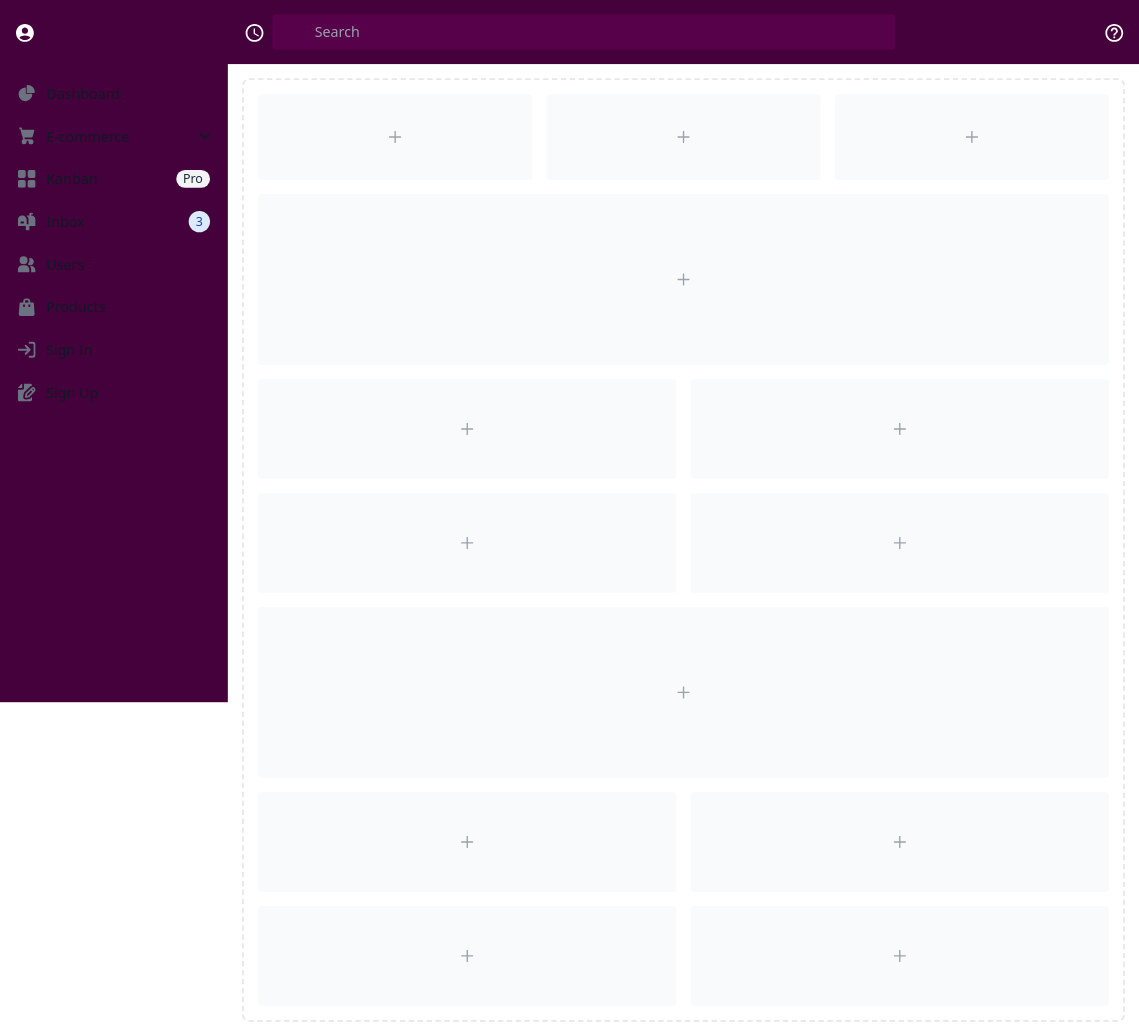
Repository: Shamraiz761/Slack_clone
Page: /
These files come from the project's save history. The page is drawn as it stood at one moment and after a run of saves; the edit follows.
The browser window is 1280 px wide. The pictures show the whole page, at 89% of full size.
The project was rebuilt for these pictures with package versions that can differ from the ones it lists, and the page was loaded fresh each time. Also part of the build but not shown: vite.config.js.

Above is the page before, as saved 2024-01-14 18:50:23.

After the next 6 saves:
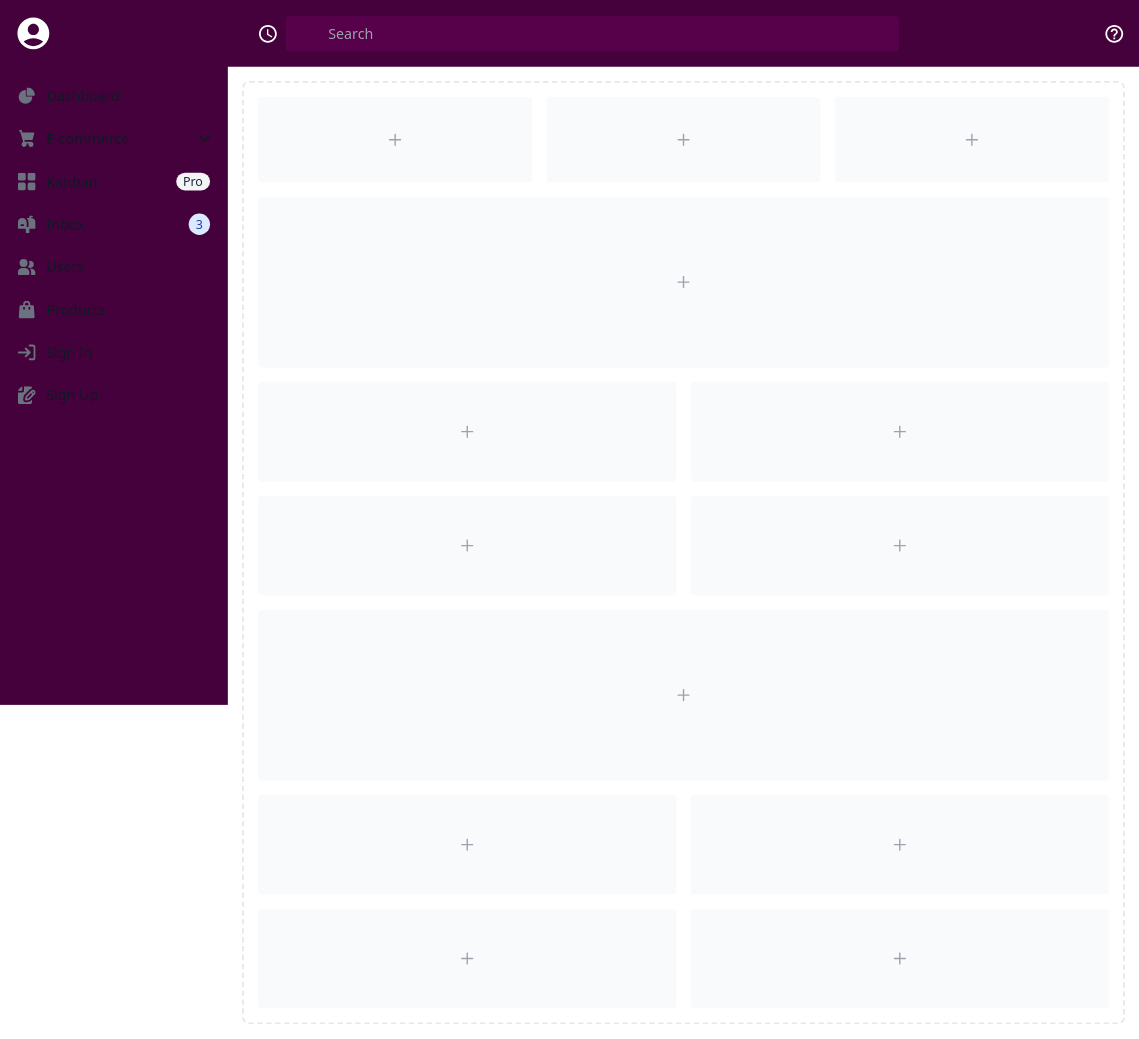
The 6 saves are shown as one change because they came seconds apart.
The last was saved 47 s later.
--- a/src/components/header/Header.jsx
+++ b/src/components/header/Header.jsx
@@ -11,7 +11,7 @@ function Header() {
 
           {/* Left logo */}
           <div className=" sm:mr-4 hidden sm:block">
-          <AccountCircleIcon className='text-white text-larger hidden sm:block' />
+          <AccountCircleIcon className='text-white text-larger hidden sm:block' style={{fontSize:'43px'}}/>
 
           </div>
 
